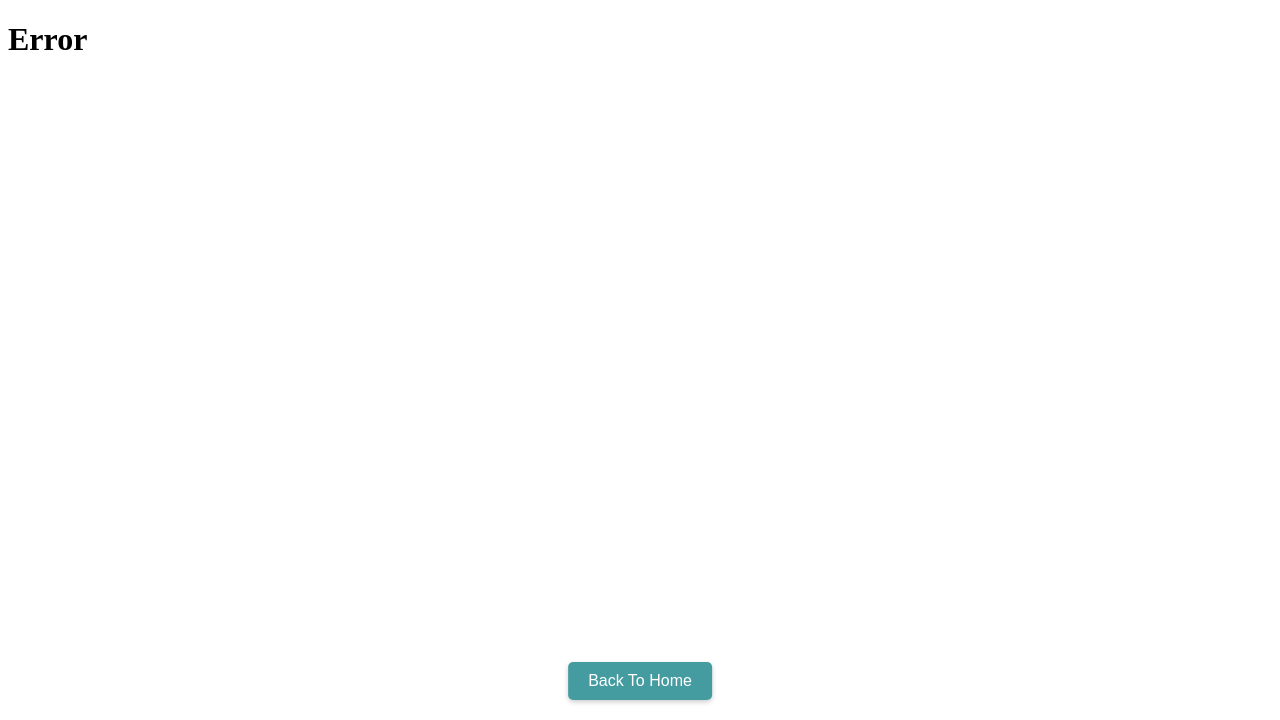
Repository: zilxhasu/eeit94-topic2
Page: http://localhost/topic2/jsp/fitness/error.jsp
These files come from the project's save history. The page is drawn as it stood at one moment and after the next save; the edit follows.
The browser window is 1280 px wide. The pictures show the whole page.
The page is served by Tomcat 10.

Above is the page before, as saved 2025-02-23 15:30:20.

After the next save:
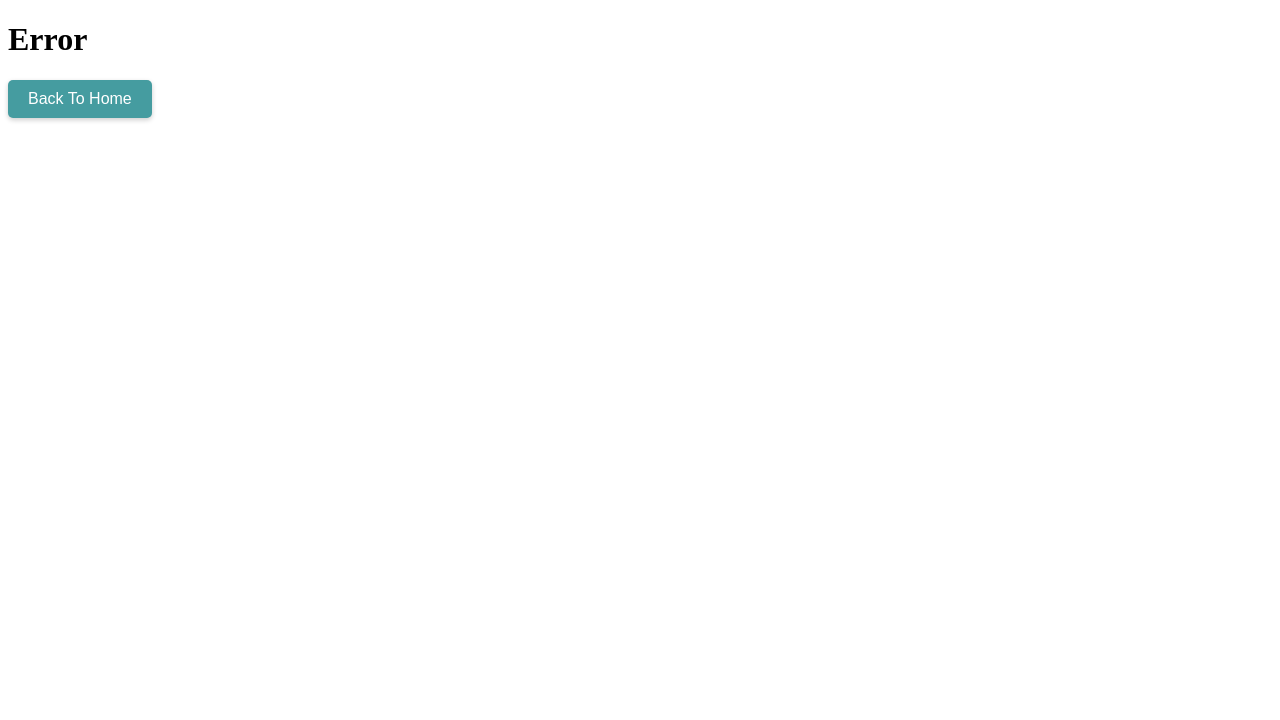
Saved 60 s later.
--- a/topic2/src/main/webapp/jsp/fitness/error.jsp
+++ b/topic2/src/main/webapp/jsp/fitness/error.jsp
@@ -6,7 +6,7 @@
     <meta name="viewport" content="width=device-width, initial-scale=1.0">
     <style type="text/css">
             /* 返回主畫面的按鈕樣式 */
-        .back-button {
+     .back-button {
             padding: 10px 20px;
             background-color: #459CA0;
             color: white;
@@ -14,10 +14,8 @@
             border-radius: 5px;
             cursor: pointer;
             font-size: 16px;
-            position: fixed;
-            bottom: 20px;
-            left: 50%;
-            transform: translateX(-50%);
+            display: block; /* 改為區塊元素，會自動排列在上方內容後 */
+            margin-top: 20px; /* 可增加與報錯訊息的間距 */
             box-shadow: 0 2px 5px rgba(0, 0, 0, 0.2);
         }
 
